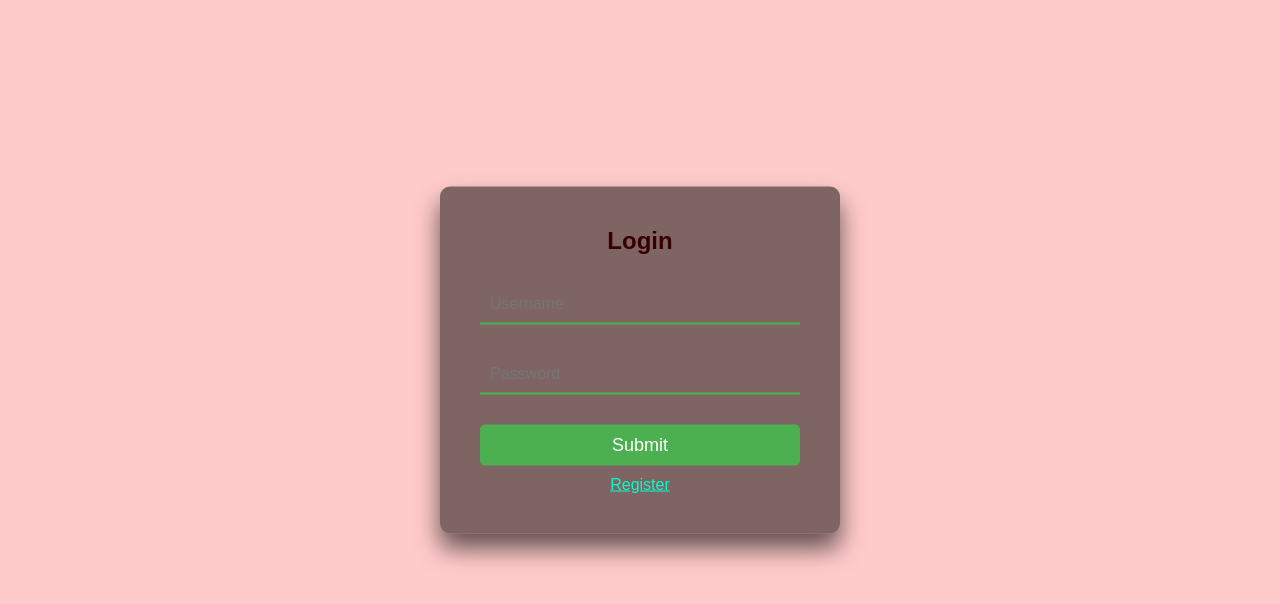
Repository: SRBshakib/Safe-Food---DBMS-project
Page: Organaization/login.html
These files come from the project's save history. The page is drawn as it stood at one moment and after the next save; the edit follows.
The browser window is 1280 px wide. The pictures show the whole page.

Above is the page before, as saved 2024-11-10 21:53:40.

### Organaization/login.html
<!DOCTYPE html>
<html lang="en">
<head>
    <meta charset="UTF-8">
    <meta name="viewport" content="width=device-width, initial-scale=1.0">
    <title>Welcome to our organization</title>
    <link rel="stylesheet" href="style_login.css"> <!-- Link to the CSS file -->
</head>
<body>
    <div class="login-box">
        <h2>Login</h2>
        <form>
            <div class="textbox">
                <input type="text" placeholder="Username" required>
            </div>
            <div class="textbox">
                <input type="password" placeholder="Password" required>
            </div>
            <button type="submit" class="btn">Submit</button>
            <p class="register">Register</p>
        </form>
    </div>
</body>
</html>

### Organaization/style_login.css

*{

    margin: 0;
    padding: 0;
    box-sizing: border-box;
    font-family: Arial, sans-serif;
}

body {
    display: flex;
    justify-content: center;
    align-items: center;
    height: 100vh;
    background-color: #ffcaca;
    color: rgb(54, 0, 0);
}

.login-box {
    position: absolute;
    top: 50%;
    left: 50%;
    width: 400px;
    padding: 40px;
    transform: translate(-50%, -50%);
    background: rgba(0, 0, 0, 0.5);
    box-shadow: 0 15px 25px rgba(0, 0, 0, 0.6);
    border-radius: 10px;
    text-align: center;
}

.login-box h2 {
    margin-bottom: 30px;
}

.textbox {
    position: relative;
    margin-bottom: 30px;
    border-bottom: 2px solid #4caf50;
}

.textbox input {
    width: 100%;
    padding: 10px;
    font-size: 16px;
    background: none;
    border: none;
    outline: none;
    color: #fff;
}

.btn {
    display: inline-block;
    width: 100%;
    padding: 10px;
    background: #4caf50;
    border: none;
    outline: none;
    color: #fff;
    font-size: 18px;
    cursor: pointer;
    border-radius: 5px;
    transition: background 0.3s, box-shadow 0.3s;
}

.btn:hover {
    background: #00ffcc;
    box-shadow: 0 0 10px #00ffcc, 0 0 40px #00ffcc, 0 0 80px #00ffcc;
}

.register {
    color: #00ffcc;
    cursor: pointer;
    margin-top: 10px;
    text-decoration: underline;
}

After the next save:
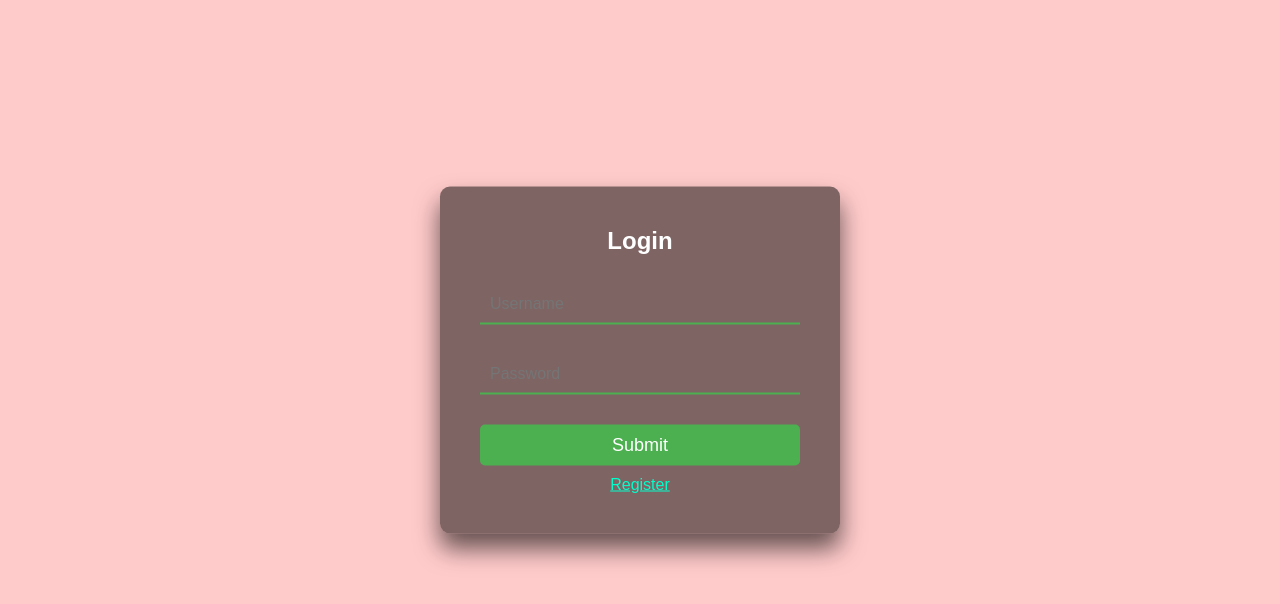
Saved 10 s later.
--- a/Organaization/style_login.css
+++ b/Organaization/style_login.css
@@ -13,7 +13,7 @@ body {
     align-items: center;
     height: 100vh;
     background-color: #ffcaca;
-    color: rgb(54, 0, 0);
+    color: rgb(255, 255, 255);
 }
 
 .login-box {
